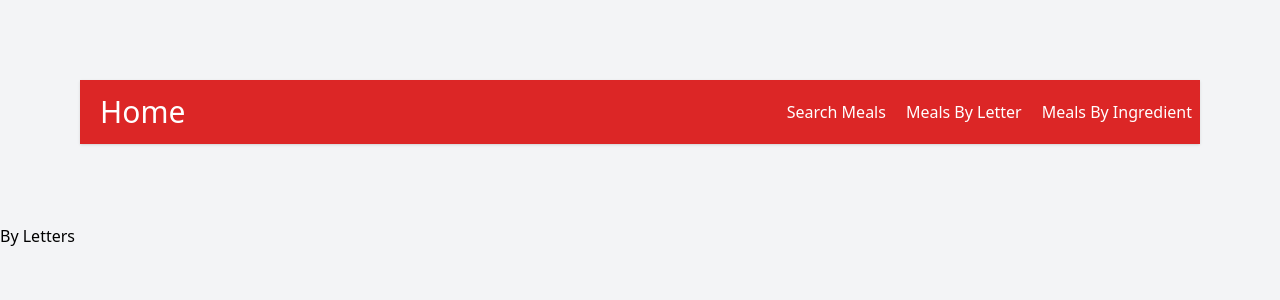
Repository: HalemX/meals
Page: /by-letter
These files come from the project's save history. The page is drawn as it stood at one moment and after the next save; the edit follows.
The browser window is 1280 px wide. The pictures show the whole page.
The project was rebuilt for these pictures with package versions that can differ from the ones it lists, and the page was loaded fresh each time. Also part of the build but not shown: vite.config.js, src/pages/home/Home.vue, src/components/layout/GuestLayout.vue, src/pages/meals/MealsByIngredient.vue, src/components/ui/BaseButtons.vue, src/components/meals_by_name/AllMealsByName.vue, src/pages/meals/MealsByName.vue, src/components/meals_components/MealDetails.vue.

Above is the page before, as saved 2024-02-11 12:45:15.

### index.html
<!DOCTYPE html>
<html lang="en">
  <head>
    <meta charset="UTF-8" />
    <link rel="icon" type="image/svg+xml" href="/vite.svg" />
    <meta name="viewport" content="width=device-width, initial-scale=1.0" />
    <title>Vite + Vue</title>
  </head>
  <body class="bg-gray-100 h-full">
    <div id="app"></div>
    <script type="module" src="/src/main.js"></script>
  </body>
</html>

### src/main.js
import { createApp } from "vue";

import router from "./router";
import store from "./store";
import "./style.css";

import App from "./App.vue";

const app = createApp(App);
app.use(router);
app.use(store);

app.mount("#app");

### src/router/index.js
import { createRouter, createWebHistory } from "vue-router";

import Home from "../pages/home/Home.vue";

import DefaultLayout from "../components/layout/DefaultLayout.vue";
import GuestLayout from "../components/layout/GuestLayout.vue";

import MealsByIngredient from "../pages/meals/MealsByIngredient.vue";
import MealsByLetters from "../pages/meals/MealsByLetters.vue";
import MealsByName from "../pages/meals/MealsByName.vue";
import MealDetails from "../components/meals_components/MealDetails.vue";

const routes = [
  {
    path: "/",
    component: DefaultLayout,
    children: [
      {
        path: "/",
        name: "home",
        component: Home,
      },
      {
        path: "/by-letter/:letter?",
        name: "byLetter",
        component: MealsByLetters,
      },
      {
        path: "/by-name/:name?",
        name: "byName",
        component: MealsByName,
      },
      {
        path: "/by-ingredient/:ingredient?",
        name: "byIngredient",
        component: MealsByIngredient,
      },
      {
        path: "/meal/:id",
        name: "mealDetails",
        component: MealDetails,
      },
    ],
  },
  {
    path: "/guest",
    component: GuestLayout,
    children: [],
  },
];

const router = createRouter({
  history: createWebHistory(),
  routes,
});

export default router;

### src/store/index.js
import { createStore } from "vuex";

import mealsModule from "./modules/meals/index";

const store = createStore({
  modules: {
    mealsModule,
  },
});

export default store;

### src/App.vue
<template>
  <router-view v-slot="slotProps">
    <transition name="route" mode="out-in">
      <component :is="slotProps.Component"></component>
    </transition>
  </router-view>
</template>

<style scoped>
.route-enter-from {
  opacity: 0;
  transform: translateY(-30px);
}
.route-leave-to {
  opacity: 0;
  transform: translateY(30px);
}
.route-enter-active {
  transition: all 0.4s ease-out;
}
.route-enter-active {
  transition: all 0.4s ease-in;
}
.route-enter-to,
.route-leave-from {
  opacity: 1;
  transform: translateY(0);
}
</style>

### src/components/layout/DefaultLayout.vue
<template>
  <div>
    <navbar />
    <main>
      <router-view v-slot="slotProps">
        <transition name="route" mode="out-in">
          <component :is="slotProps.Component"></component>
        </transition>
      </router-view>
    </main>
  </div>
</template>

<script>
import Navbar from "./Navbar.vue";
export default {
  components: {
    Navbar,
  },
};
</script>

<style scoped>
.route-enter-from {
  opacity: 0;
  transform: translateY(-30px);
}
.route-leave-to {
  opacity: 0;
  transform: translateY(30px);
}
.route-enter-active {
  transition: all 0.4s ease-out;
}
.route-enter-active {
  transition: all 0.4s ease-in;
}
.route-enter-to,
.route-leave-from {
  opacity: 1;
  transform: translateY(0);
}
</style>

### src/pages/meals/MealsByLetters.vue
<template>
  <div>By Letters</div>
</template>

<script setup></script>

### src/store/modules/meals/index.js
import mutations from "./mutations";
import actions from "./actions";
import getters from "./getters";

export default {
  state() {
    return {
      searchMealsByName: [],
    };
  },
  mutations,
  actions,
  getters,
};

### src/components/layout/Navbar.vue
<template>
  <header
    class="text-white shadow h-16 flex justify-between items-stretch bg-[#dc2626] m-20"
  >
    <router-link
      class="text-3xl inline-flex items-center h-full px-5"
      :to="{ name: 'home' }"
      >Home</router-link
    >
    <div class="flex items-center gap-1">
      <router-link
        class="inline-flex items-center px-2 h-full transition-colors hover:bg-[#ef4444]"
        :to="{ name: 'byName' }"
        >Search Meals</router-link
      >
      <router-link
        class="inline-flex items-center px-2 h-full transition-colors hover:bg-[#f87171]"
        :to="{ name: 'byLetter' }"
        >Meals By Letter</router-link
      >
      <router-link
        class="inline-flex items-center px-2 h-full transition-colors hover:bg-[#f87171]"
        :to="{ name: 'byIngredient' }"
        >Meals By Ingredient</router-link
      >
    </div>
  </header>
</template>

<script>
export default {};
</script>

### src/axiosClient.js
import axios from "axios";

const axiosClient = axios.create({
  baseURL: "https://www.themealdb.com/api/json/v1/1/",
});

export default axiosClient;

### src/store/modules/meals/mutations.js
export default {
  setSearchMealsByName(state, meals) {
    state.searchMealsByName = meals;
  },
};

### src/store/modules/meals/actions.js
import axiosClient from "../../../axiosClient";

export default {
  async searchMealsByName(context, enterName) {
    const response = await axiosClient.get(`search.php?s=${enterName}`);

    const responseData = await response.data;

    context.commit("setSearchMealsByName", responseData.meals);
  },

  //   async fetchMeals(context) {
  //     const response = await fetch(
  //       "https://www.themealdb.com/api/json/v1/1/search.php?s=Arrabiata"
  //     );
  //     const responseData = await response.json();
  //     if (!response.ok) {
  //       const error = new Error(responseData.message || "Failed to fetch Meals");
  //       throw error;
  //     }
  //     // console.log(responseData.meals);
  //     // const meals = [];
  //     // for (const key in responseData) {
  //     //   const request = {
  //     //     id: key,
  //     //     coachId: coachId,
  //     //     userEmail: responseData[key].userEmail,
  //     //     message: responseData[key].message,
  //     //   };
  //     //   requests.push(request);
  //     // }
  //     context.commit("setMeals", responseData.meals.slice(0, 5));
  //   },
};

### src/store/modules/meals/getters.js
export default {
  getSearchMealsByName(state) {
    return state.searchMealsByName;
  },
};

### tailwind.config.js
/** @type {import('tailwindcss').Config} */
export default {
  content: ["./index.html", "./src/**/*.{vue,js,ts,jsx,tsx}"],
  theme: {
    extend: {},
  },
  plugins: [
    require("@tailwindcss/forms"),
    // ...
  ],
};

Loaded but not shown: src/style.css (common file)

After the next save:
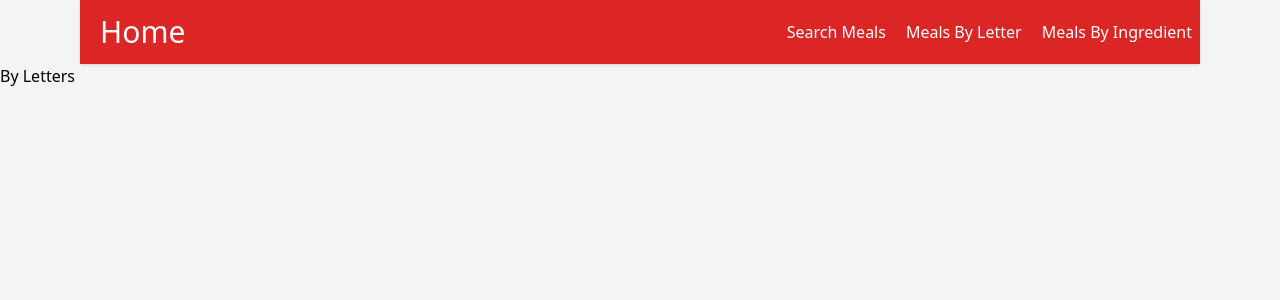
Saved 4 s later.
--- a/src/components/layout/Navbar.vue
+++ b/src/components/layout/Navbar.vue
@@ -1,6 +1,6 @@
 <template>
   <header
-    class="text-white shadow h-16 flex justify-between items-stretch bg-[#dc2626] m-20"
+    class="text-white shadow h-16 flex justify-between items-stretch bg-[#dc2626] mx-20"
   >
     <router-link
       class="text-3xl inline-flex items-center h-full px-5"
